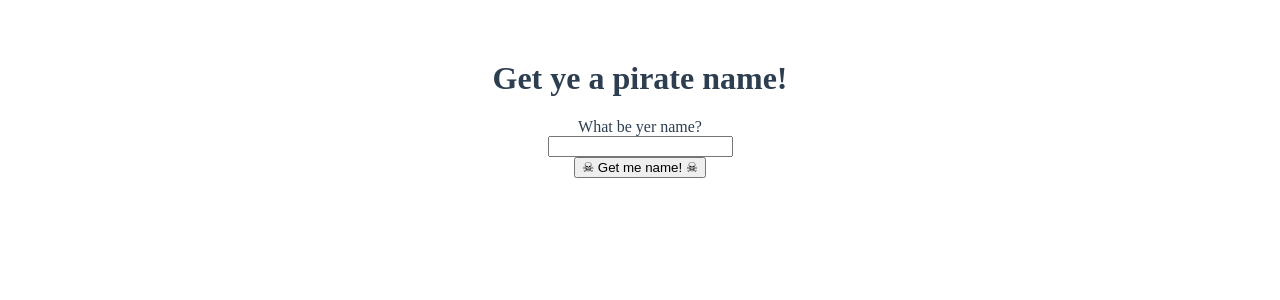
Repository: tessaSAC/pirate-namer
Page: /
These files come from the project's save history. The page is drawn as it stood at one moment and after the next save; the edit follows.
The browser window is 1280 px wide. The pictures show the whole page.
Some web fonts or font styles are not loaded; a fallback is used. The project was rebuilt for these pictures with package versions that can differ from the ones it lists, and the page was loaded fresh each time. Also part of the build but not shown: vite.config.js.

Above is the page before, as saved 2021-08-05 20:05:21.

After the next save:
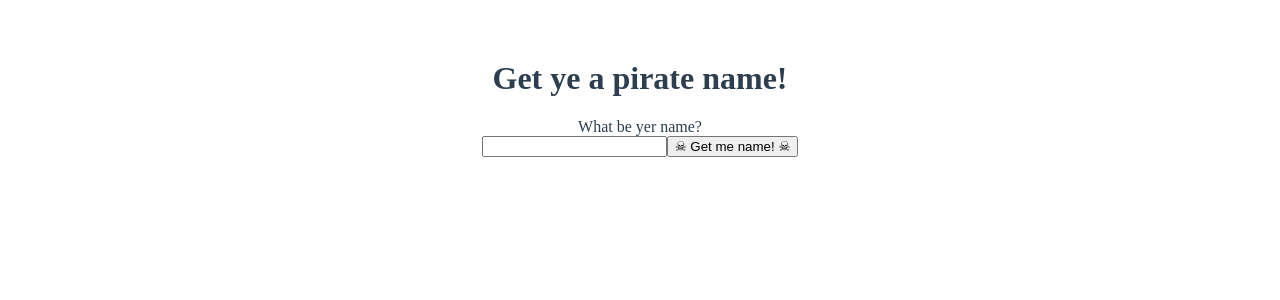
Saved 10 s later.
--- a/src/App.vue
+++ b/src/App.vue
@@ -166,7 +166,6 @@
     <br>
     <input v-model="userName" />
   </label>
-  <br>
   <button>
     ☠ Get me name! ☠
   </button>

After the save that followed:
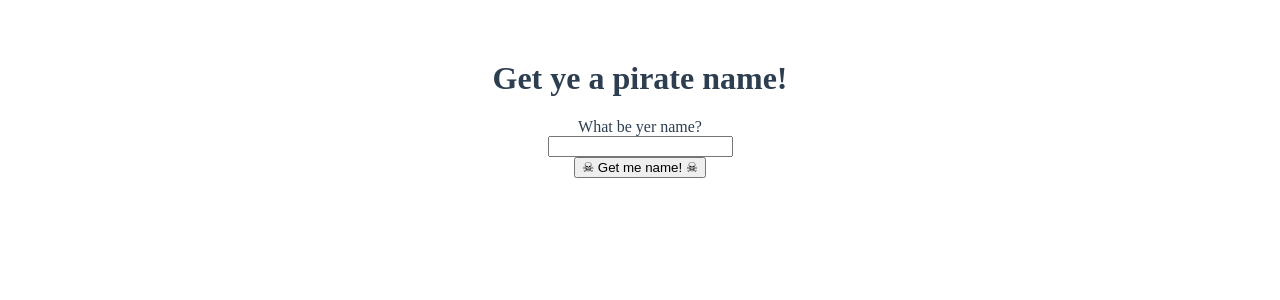
Saved 5 s later.
--- a/src/App.vue
+++ b/src/App.vue
@@ -166,6 +166,7 @@
     <br>
     <input v-model="userName" />
   </label>
+  <br>
   <button>
     ☠ Get me name! ☠
   </button>
